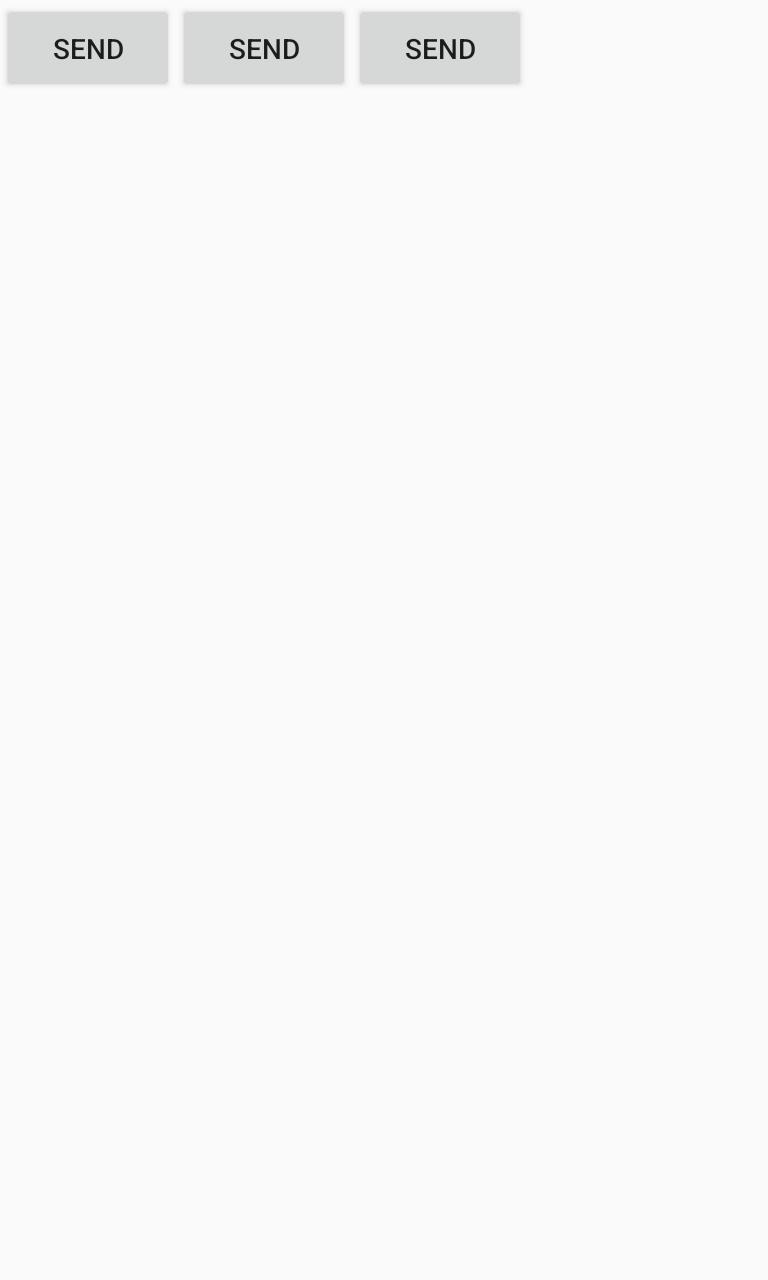
Repository: wisingd/Dajoroli
Layout: Workspace/MyFirstApp/res/layout/fragment_main.xml
These files come from the project's save history. The layout is drawn as it stood at one moment and after the next save; the edit follows.
It is drawn on a 768 x 1280 px phone screen (xhdpi) without system bars, with theme AppTheme; the app's code is not run.

Above is the layout before, as saved 2014-04-20 11:09:27.

### Workspace/MyFirstApp/res/layout/fragment_main.xml
<!--
<?xml version="1.0" encoding="utf-8"?>
<LinearLayout xmlns:android="http://schemas.android.com/apk/res/android"
    xmlns:tools="http://schemas.android.com/tools"
    android:layout_width="match_parent"
    android:layout_height="match_parent"
    android:orientation="horizontal">

    <EditText android:id="@+id/edit_message"
        android:layout_weight="1"
        android:layout_width="0dp"
        android:layout_height="wrap_content"
        android:hint="@string/edit_message" />

    <Button
        android:layout_width="wrap_content"
        android:layout_height="wrap_content"
        android:text="@string/button_send" />
</LinearLayout>
-->

<LinearLayout xmlns:android="http://schemas.android.com/apk/res/android"
    xmlns:tools="http://schemas.android.com/tools"
    android:layout_width="match_parent"
    android:layout_height="match_parent"
    android:orientation="vertical" >

    <EditText
        android:id="@+id/edit_message"
        android:layout_weight="1"
        android:layout_width="wrap_content"
        android:layout_height="0dp"
        android:hint="@string/edit_message" />

    <LinearLayout
        android:layout_width="match_parent"
        android:layout_height="match_parent"
        android:orientation="horizontal" >

        <Button
            android:layout_width="wrap_content"
            android:layout_height="wrap_content"
            android:text="@string/button_send" />

        <Button
            android:layout_width="wrap_content"
            android:layout_height="wrap_content"
            android:text="@string/button_send" />

        <Button
            android:layout_width="wrap_content"
            android:layout_height="wrap_content"
            android:text="@string/button_send" />

    </LinearLayout>

</LinearLayout>

### Workspace/MyFirstApp/res/values/strings.xml
<?xml version="1.0" encoding="utf-8"?>
<resources>

    <string name="app_name">MyFirstApp</string>
    <string name="hello_world">Hello world! This is Dajoroli. You cant write text. Testing snapshot</string>
    <string name="action_settings">Settings</string>
    <string name="edit_message">Write</string>
    <string name="button_send">Send</string>


</resources>

Loaded but not shown: Workspace/MyFirstApp/res/values/styles.xml (common file); Workspace/MyFirstApp/res/values-v11/styles.xml (common file); Workspace/MyFirstApp/res/values-v14/styles.xml (common file)

After the next save:
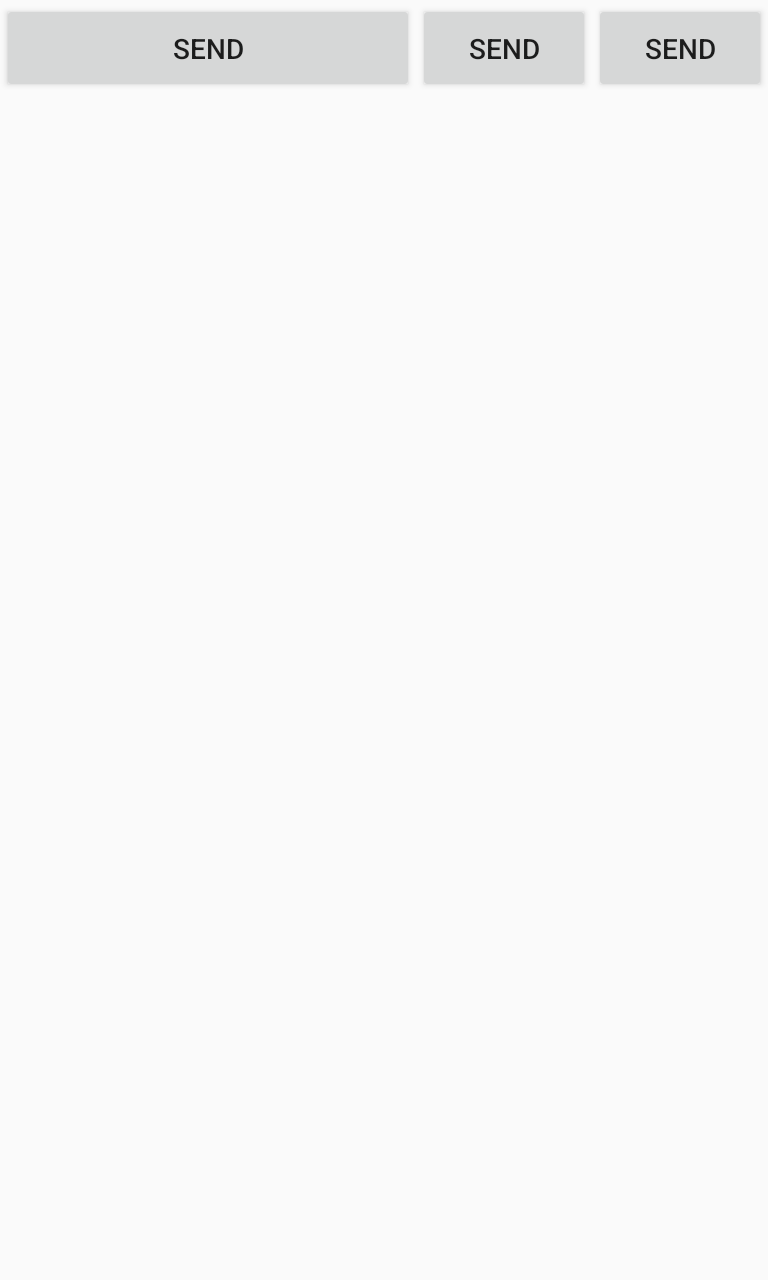
Saved 95 s later.
--- a/Workspace/MyFirstApp/res/layout/fragment_main.xml
+++ b/Workspace/MyFirstApp/res/layout/fragment_main.xml
@@ -29,7 +29,7 @@
         android:id="@+id/edit_message"
         android:layout_weight="1"
         android:layout_width="wrap_content"
-        android:layout_height="0dp"
+        android:layout_height="wrap_content"
         android:hint="@string/edit_message" />
 
     <LinearLayout
@@ -38,7 +38,8 @@
         android:orientation="horizontal" >
 
         <Button
-            android:layout_width="wrap_content"
+            android:layout_weight="1"
+            android:layout_width="0dp"
             android:layout_height="wrap_content"
             android:text="@string/button_send" />
 
